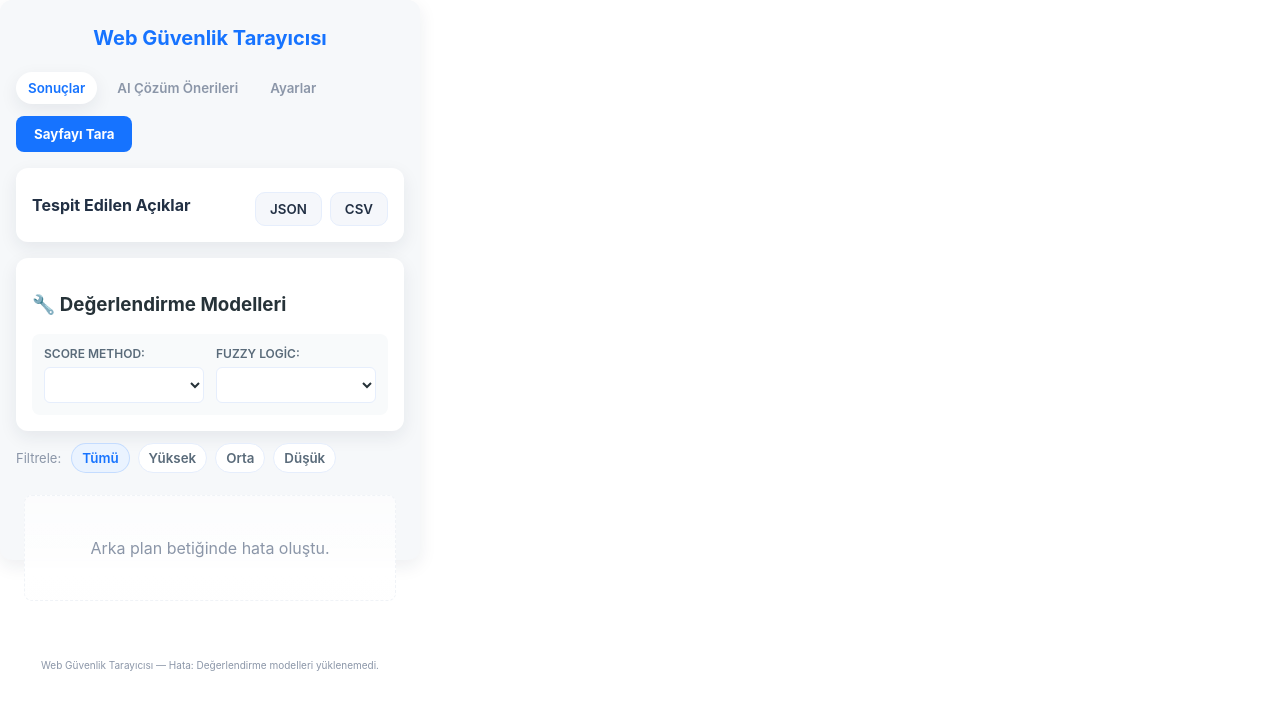
Repository: seliinduru/chrome-vuln-scanner
Page: popup.html
These files come from the project's save history. The page is drawn as it stood at one moment and after the next save; the edit follows.
The browser window is 1280 px wide. The pictures show the whole page.

Above is the page before, as saved 2025-11-05 18:36:15.

After the next save:
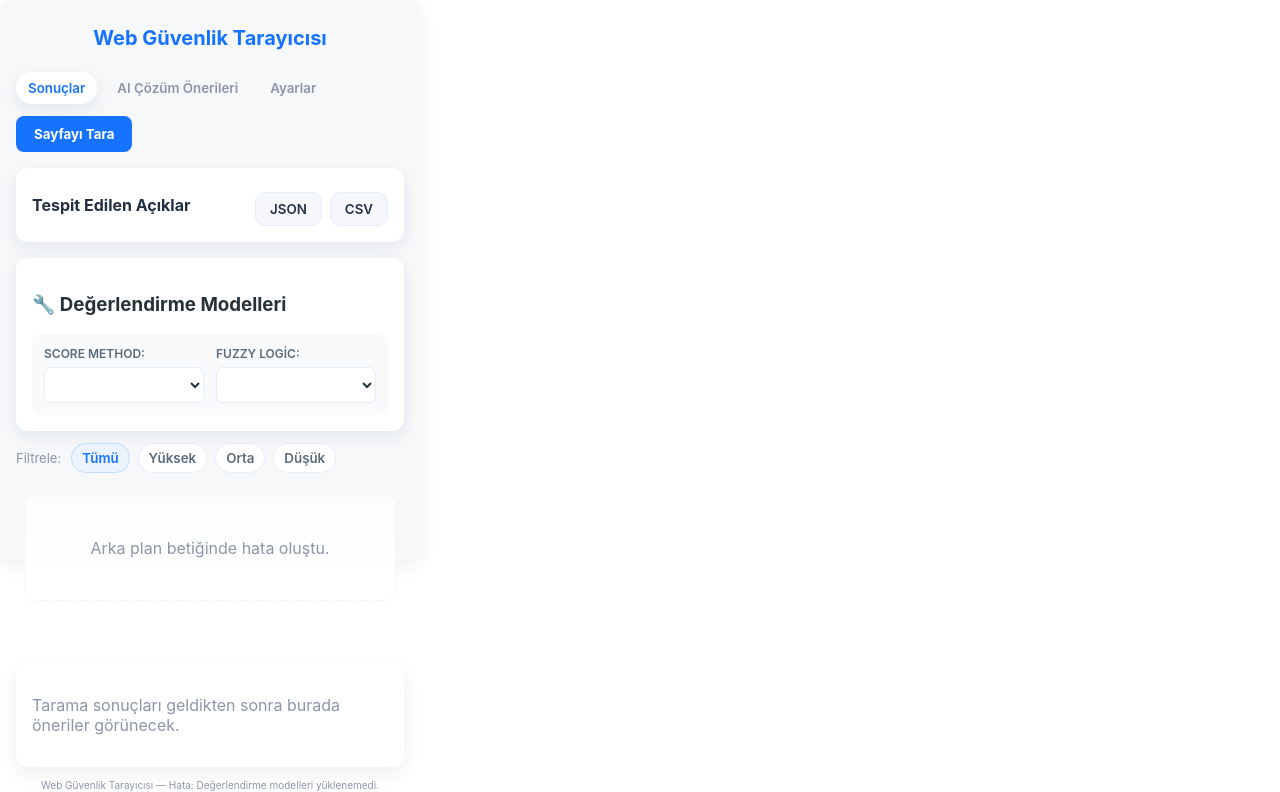
Saved 2 min 28 s later.
--- a/popup.html
+++ b/popup.html
@@ -17,6 +17,7 @@
       <button class="tab" data-tab="settings">Ayarlar</button>
     </nav>
 
+    <!-- === SONUÇLAR SEKMESİ İÇERİĞİ === -->
     <section id="results" class="tab-content active">
       <div class="controls">
         <button id="scanBtn" class="primary">Sayfayı Tara</button>
@@ -59,8 +60,14 @@
       </div>
     </section>
 
-    <!-- AI sekmesi artık boş, çünkü ayrı bir sayfaya taşındı -->
-    <section id="ai" class="tab-content"></section>
+    <!-- === AI ÇÖZÜM ÖNERİLERİ SEKMESİ İÇERİĞİ === -->
+    <section id="ai" class="tab-content">
+      <div class="card">
+        <div id="aiSuggestions">
+          <p class="muted">Tarama sonuçları geldikten sonra burada öneriler görünecek.</p>
+        </div>
+      </div>
+    </section>
 
     <footer class="modal-footer">
       <small>Web Güvenlik Tarayıcısı — <span id="statusText">Hazır</span></small>
